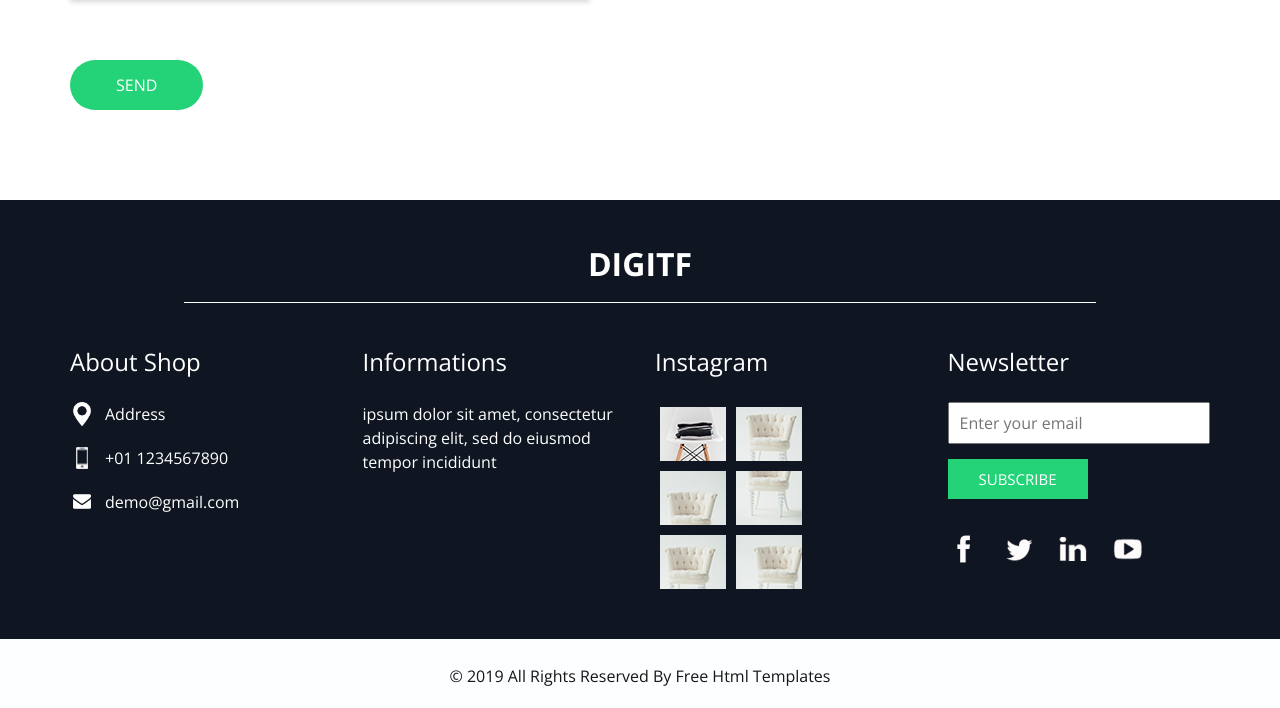
Repository: hungpixi/digitf-funiture-project
Page: contact.html
An editor plug-in stored every save of this project. The page is shown before and after the next save, followed by the edit.
The browser window is 1280 px wide. The pictures show the part of the page from y = 608 to 1316 px (the page is 1316 px tall).
Some web libraries are served in a nearby version.

Above is the page before, as saved 2022-10-13 15:14:32.

After the next save:
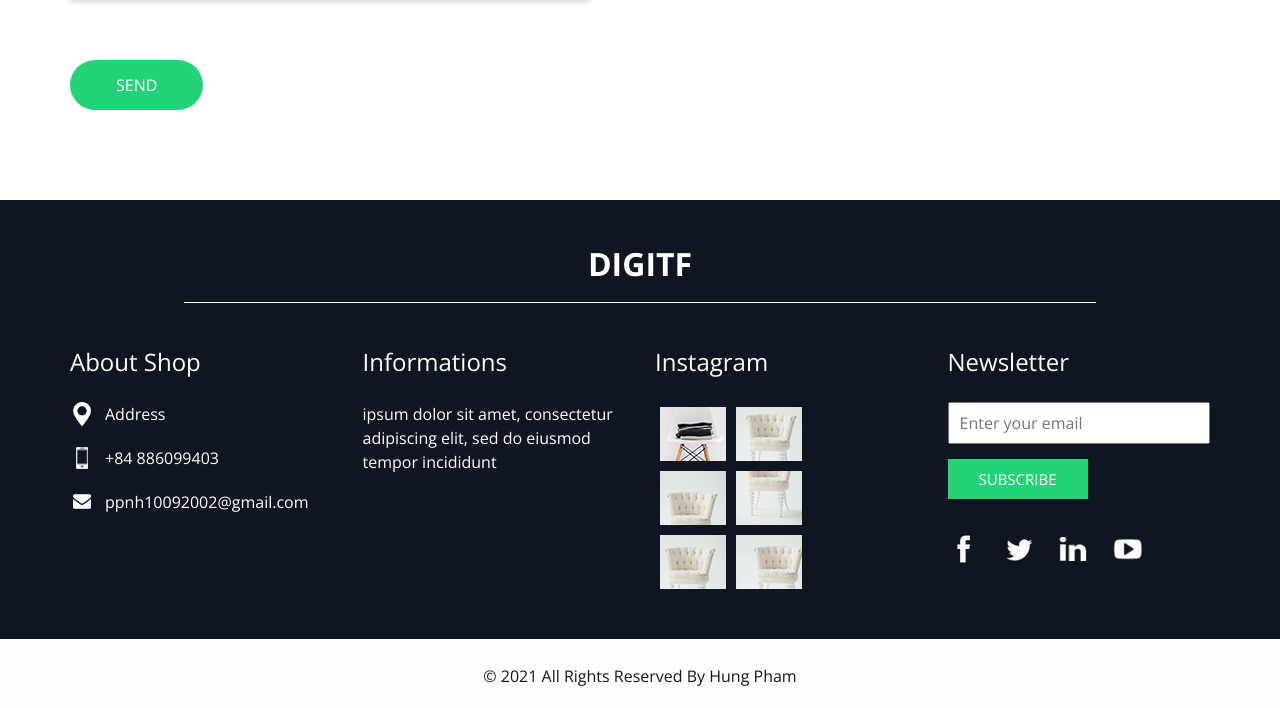
Saved 40 s later.
--- a/contact.html
+++ b/contact.html
@@ -177,7 +177,7 @@
                 <img src="images/telephone-white.png" width="12px" alt="">
               </div>
               <p>
-                +01 1234567890
+                +84 886099403
               </p>
             </div>
             <div>
@@ -185,7 +185,7 @@
                 <img src="images/envelope-white.png" width="18px" alt="">
               </div>
               <p>
-                demo@gmail.com
+                ppnh10092002@gmail.com
               </p>
             </div>
           </div>
@@ -285,8 +285,8 @@
   <section class="container-fluid footer_section ">
     <div class="container">
       <p>
-        &copy; 2019 All Rights Reserved By
-        <a href="https://html.design/">Free Html Templates</a>
+        &copy; 2021 All Rights Reserved By
+        <a href="https://html.design/">Hung Pham</a>
       </p>
     </div>
   </section>
